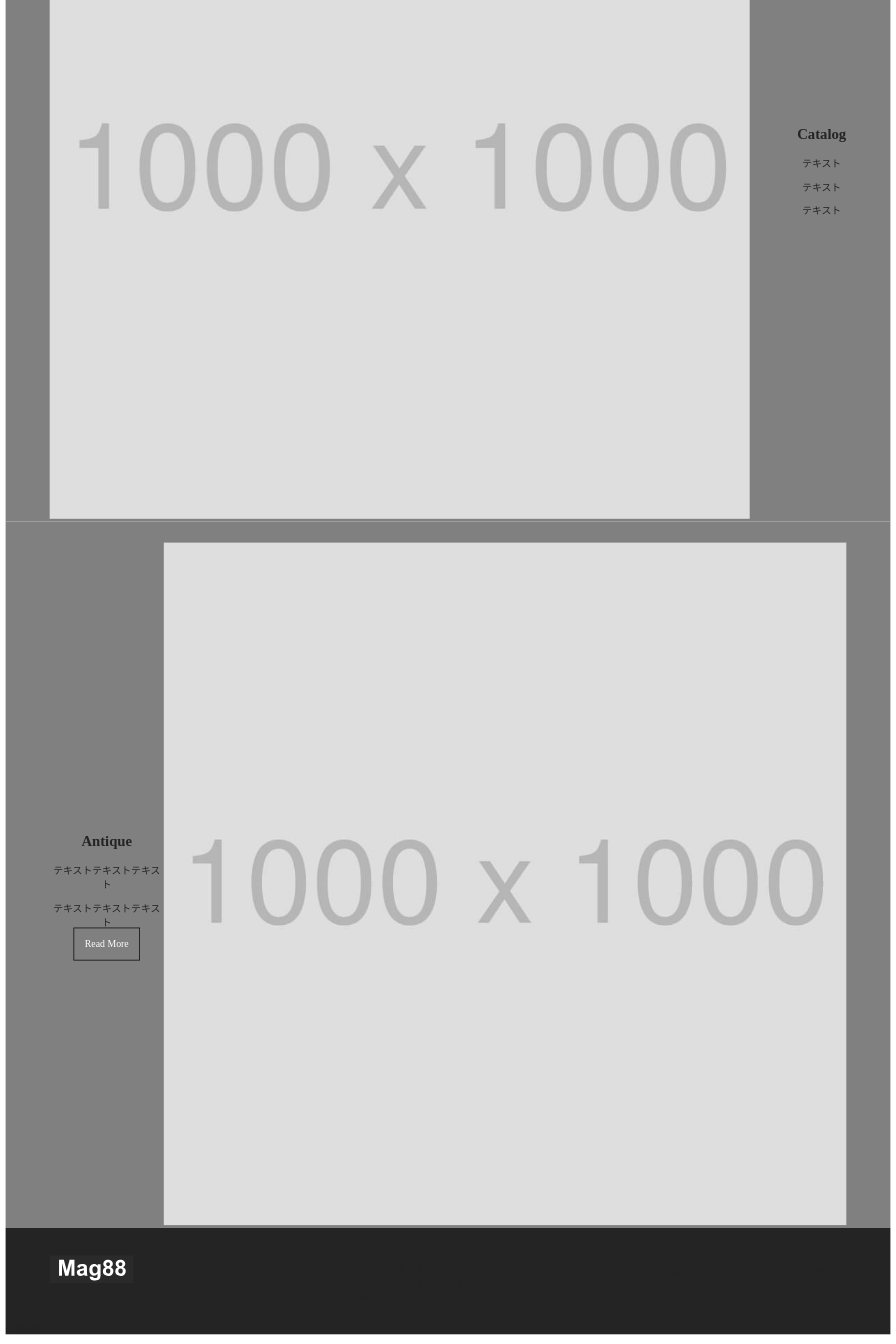
Repository: Fuki-san/bookstore
Page: http://localhost/book
These files come from the project's save history. The page is drawn as it stood at one moment and after a run of saves; the edit follows.
The browser window is 1280 px wide. The pictures show the part of the page from y = 1153 to 3073 px (the page is 3073 px tall), at 70% of full size.
The page is served by the project's Laravel application, run on PHP 8.4 with Laravel 10.

Above is the page before, as saved 2023-11-21 13:18:53.

After the next 4 saves:
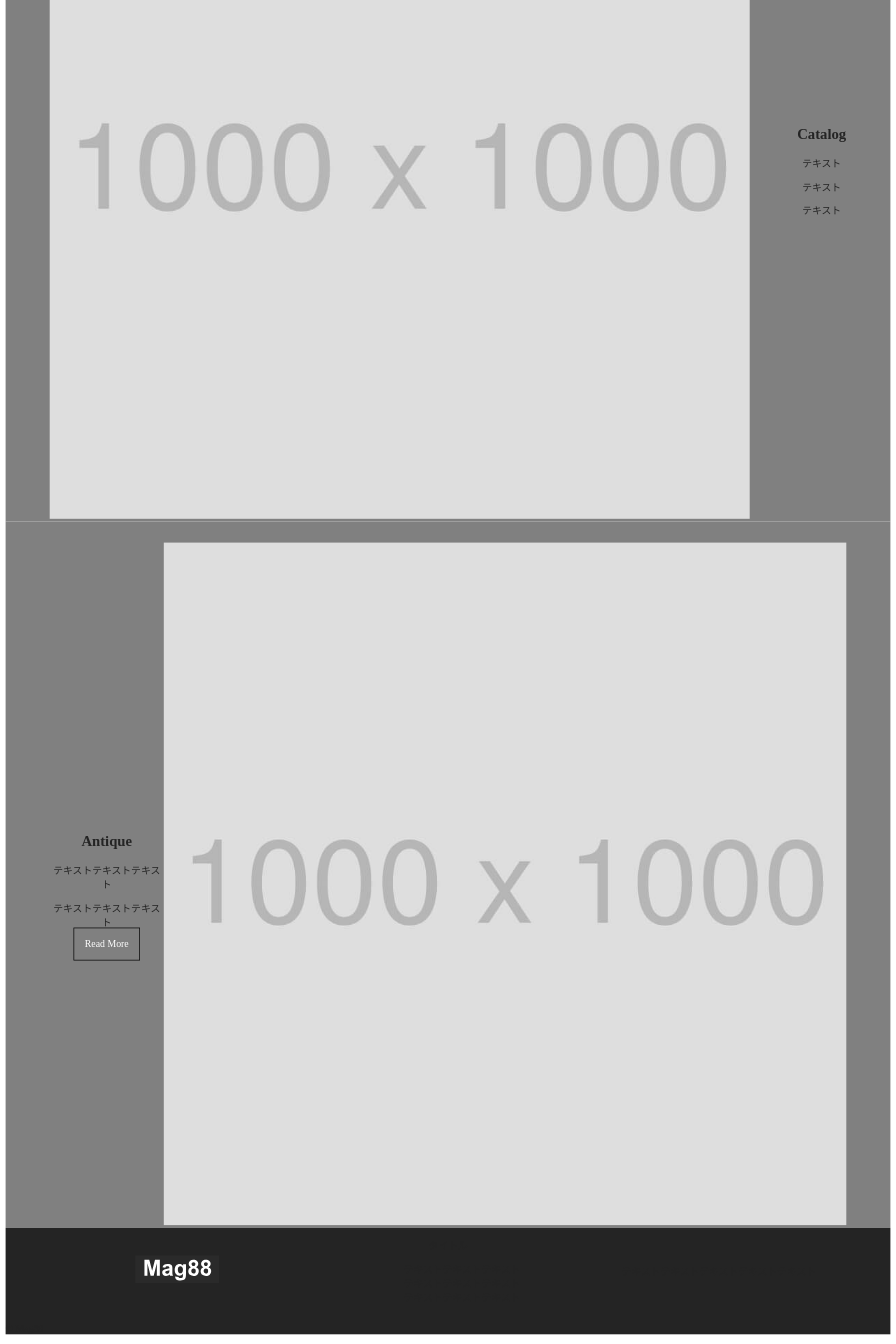
The 4 saves are shown as one change because they came seconds apart.
The last was saved 9 s later.
--- a/public/css/style.css
+++ b/public/css/style.css
@@ -66,4 +66,6 @@ a{
 #footer{
     background-color: #242424;
 }
-#footer
+#footer .item{
+    width: 32%;
+}
